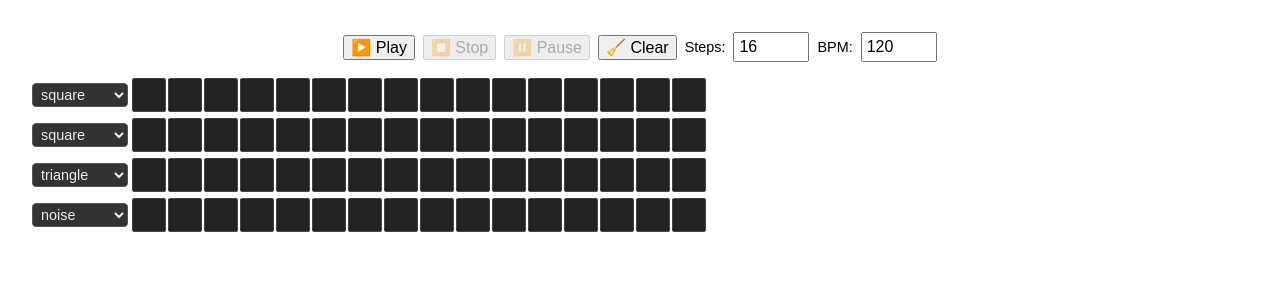
Repository: Aldentec/8-bit-Composer
Page: index.html
An editor plug-in stored every save of this project. The page is shown before and after the next save, followed by the edit.
The browser window is 1280 px wide. The pictures show the whole page.
Some web libraries are served in a nearby version.

Above is the page before, as saved 2025-05-28 09:11:45.

### index.html
<!DOCTYPE html>
<html lang="en">
<head>
  <meta charset="UTF-8">
  <title>Modular 8-Bit Sequencer</title>
  <link rel="stylesheet" href="style.css">
</head>
<body>
    <div id="controls">
        <button id="play">▶️ Play</button>
        <button id="stop">⏹️ Stop</button>
        <button id="pause">⏸️ Pause</button>
        <button id="clear">🧹 Clear</button>

        <label for="steps-input">Steps:</label>
        <input id="steps-input" type="number" min="1" value="16" style="width:4rem;">

        <label for="bpm-input">BPM:</label>
        <input id="bpm-input" type="number" min="1" max="300" value="120" style="width:4rem;">
    </div>


  <div id="grid"></div>

  <!-- Tone.js as global, then our modules -->
  <script src="node_modules/tone/build/Tone.js"></script>
  <script type="module" src="js/main.js"></script>
</body>
</html>

### style.css
body {
  font-family: sans-serif;
  margin: 2rem;
  text-align: center;
}

/* style.css */

/* 1) Don’t center each row in the container — align them to the start */
#grid {
  display: flex;
  flex-direction: column;
  gap: 6px;
  margin-top: 1rem;
  overflow-x: auto;
  padding-bottom: 0.5rem;

  /* remove any centering you had here */
  align-items: flex-start;    /* <-- was 'center', now 'flex-start' */
}

/* 2) Each row: dropdown + cells in one grid,
      with a small column gap only between columns */
.grid-row {
  display: grid;
  align-items: center;
  /* first column auto-width (dropdown), then STEPS × 2rem */
  /* grid-template-columns is still set inline in initGrid() */
  column-gap: 4px;            /* <-- only 4px between dropdown/cells */
  /* remove any generic 'gap' here if you still have it */
}

/* 3) Style for the dropdown stays the same, e.g.: */
.instrument-select {
  width: 6rem;
  padding: 2px 4px;
  font-size: 0.9rem;
  border: 1px solid #555;
  border-radius: 4px;
  background: #333;
  color: #eee;
}

/* 4) Cells also same */
.cell {
  width: 2rem;
  height: 2rem;
  background: #222;
  border: 1px solid #444;
  border-radius: 2px;
  cursor: pointer;
  transition: background 0.2s;
}
.cell.active { background: #4caf50; }
.cell:hover  { background: #555; }

/* controls row */
#controls {
  display: flex;
  gap: 0.5rem;
  align-items: center;
  justify-content: center;
  margin-bottom: 1rem;
}
#controls button,
#controls input,
#controls select {
  font-size: 1rem;
}
#controls label {
  user-select: none;
  font-size: 0.9rem;
}
#controls input[type="number"] {
  padding: 0.25rem;
  font-size: 1rem;
}

### js/main.js
import { initGrid, clearGrid }            from './grid.js';
import { createVoices }                   from './voices.js';
import { initSequencer }                  from './sequencer.js';

document.addEventListener('DOMContentLoaded', () => {
  const instrumentNames = ['square','square','triangle','noise'];

  // Control elements
  const playBtn   = document.getElementById('play');
  const pauseBtn  = document.getElementById('pause');
  const stopBtn   = document.getElementById('stop');
  const clearBtn  = document.getElementById('clear');
  const stepsIn   = document.getElementById('steps-input');
  const bpmIn   = document.getElementById('bpm-input');

  let voices;  // will hold our trigger fns

  function build(steps, bpm) {
    initGrid('grid', instrumentNames, steps);

    voices = createVoices();

    Tone.Transport.stop();
    Tone.Transport.cancel();
    Tone.Transport.position = 0;
    Tone.Transport.bpm.value = bpm;

    initSequencer(voices,  /* note: sequencer no longer needs to set bpm */);

    playBtn.disabled = false;
    pauseBtn.disabled = true;
    stopBtn.disabled  = true;
  }

  // Initial build at default steps
  build(Number(stepsIn.value), Number(bpmIn.value));

  // ▶️ Play: always start from beginning
  playBtn.addEventListener('click', async () => {
    await Tone.start();
    Tone.Transport.stop();
    Tone.Transport.position = 0;
    Tone.Transport.start();

    playBtn.disabled  = true;
    pauseBtn.disabled = false;
    stopBtn.disabled  = false;
  });

  // ⏸️ Pause: freeze at current position
  pauseBtn.addEventListener('click', () => {
    Tone.Transport.pause();

    playBtn.disabled  = false; // allow resume from start
    pauseBtn.disabled = true;
    stopBtn.disabled  = false;
  });

  // ⏹️ Stop: stop & reset to 0
  stopBtn.addEventListener('click', () => {
    Tone.Transport.stop();
    Tone.Transport.position = 0;

    playBtn.disabled  = false;
    pauseBtn.disabled = true;
    stopBtn.disabled  = true;
  });

  // 🧹 Clear: reset grid and playhead
  clearBtn.addEventListener('click', () => {
    clearGrid();
    Tone.Transport.stop();
    Tone.Transport.position = 0;

    playBtn.disabled  = false;
    pauseBtn.disabled = true;
    stopBtn.disabled  = true;
  });

  // steps change -> rebuild
  stepsIn.addEventListener('change', () => {
    build(Math.max(1, Number(stepsIn.value)), Number(bpmIn.value));
  });

  // **bpm change** -> update Transport immediately (no rebuild needed)
  bpmIn.addEventListener('change', () => {
    const newBpm = Math.max(1, Math.min(300, Number(bpmIn.value)));
    Tone.Transport.bpm.value = newBpm;
  });
});

### js/grid.js
// js/grid.js

// Sequencer dimensions and state (set in initGrid)
export let STEPS    = 16;
export let CHANNELS = 0;
export let gridState = [];

/**
 * Renders a scrollable sequencer grid with a dropdown per row.
 *
 * @param {string} containerId       id of the <div> to fill
 * @param {string[]} instrumentTypes initial instrument type per row
 * @param {number} steps             number of columns
 */
export function initGrid(containerId, instrumentTypes = [], steps = 16) {
  CHANNELS = instrumentTypes.length;
  STEPS    = steps;

  // rebuild the on/off state
  gridState = Array.from(
    { length: CHANNELS },
    () => Array(STEPS).fill(false)
  );

  const container = document.getElementById(containerId);
  container.innerHTML = '';

  instrumentTypes.forEach((initialType, row) => {
    const rowEl = document.createElement('div');
    rowEl.className = 'grid-row';
    // configure columns: dropdown + STEPS cells
    rowEl.style.gridTemplateColumns = `auto repeat(${STEPS}, 2rem)`;

    // 1) Dropdown to select instrument
    const select = document.createElement('select');
    select.className = 'instrument-select';
    ['square','triangle','noise','drum-kick','drum-snare'].forEach(type => {
      const opt = document.createElement('option');
      opt.value = type;
      opt.textContent = type;
      if (type === initialType) opt.selected = true;
      select.append(opt);
    });
    select.addEventListener('change', e => {
      document.dispatchEvent(new CustomEvent('instrumentChanged', {
        detail: { row, type: e.target.value }
      }));
    });
    rowEl.append(select);

    // 2) Sequencer step-cells
    for (let step = 0; step < STEPS; step++) {
      const cell = document.createElement('div');
      cell.className = 'cell';
      cell.dataset.row  = row;
      cell.dataset.step = step;
      cell.addEventListener('click', () => {
        gridState[row][step] = !gridState[row][step];
        cell.classList.toggle('active', gridState[row][step]);
      });
      rowEl.append(cell);
    }

    container.append(rowEl);
  });
}

/**
 * Clears all active steps in both state and UI.
 */
export function clearGrid() {
  gridState.forEach(rowArr => rowArr.fill(false));
  document.querySelectorAll('.cell.active')
          .forEach(cell => cell.classList.remove('active'));
}

### js/voices.js
// js/voices.js

/**
 * Returns an array of trigger-functions, one per row.
 * Each trigger creates its own Synth so there are no “start time” conflicts.
 */
export function createVoices() {
  // common envelope settings
  const envSettings = { attack: 0.01, decay: 0.1, sustain: 0.5, release: 0.1 };

  return [
    // Square @ 440 Hz
    time => {
      const synth = new Tone.Synth({
        oscillator: { type: 'square' },
        envelope: envSettings
      }).toDestination();
      synth.triggerAttackRelease(440, '16n', time);
    },

    // Square @ 330 Hz
    time => {
      const synth = new Tone.Synth({
        oscillator: { type: 'square' },
        envelope: envSettings
      }).toDestination();
      synth.triggerAttackRelease(330, '16n', time);
    },

    // Triangle @ 220 Hz
    time => {
      const synth = new Tone.Synth({
        oscillator: { type: 'triangle' },
        envelope: envSettings
      }).toDestination();
      synth.triggerAttackRelease(220, '16n', time);
    },

    // White noise
    time => {
      const noise = new Tone.NoiseSynth({
        noise:    { type: 'white' },
        envelope: { attack: 0.001, decay: 0.2, sustain: 0 }
      }).toDestination();
      noise.triggerAttackRelease('16n', time);
    },

    // Drum kick (MembraneSynth)
    time => {
      const kick = new Tone.MembraneSynth({
        pitchDecay: 0.05,
        octaves: 10,
        envelope: { attack:0.001, decay:0.4, sustain:0, release:1 }
      }).toDestination();
      kick.triggerAttackRelease('C2', '8n', time);
    },

    // Drum snare (NoiseSynth)
    time => {
      const snare = new Tone.NoiseSynth({
        noise:    { type: 'pink' },
        envelope: { attack:0.001, decay:0.2, sustain:0 }
      }).toDestination();
      snare.triggerAttackRelease('16n', time);
    }
  ];
}

### js/sequencer.js
// js/sequencer.js
import { STEPS, gridState } from './grid.js';

let repeatId = null;

export function initSequencer(voices, bpm = 120) {
  // 1) set tempo
  Tone.Transport.bpm.value = bpm;

  // 2) clear any existing scheduled callback
  if (repeatId !== null) {
    Tone.Transport.clear(repeatId);
    repeatId = null;
  }

  // 3) schedule a single repeat on 16th notes
  repeatId = Tone.Transport.scheduleRepeat((time) => {
    // compute current step based on ticks
    const step = (
      Math.floor(Tone.Transport.ticks / (Tone.Transport.PPQ / 4))
    ) % STEPS;

    voices.forEach((trigger, row) => {
      if (gridState[row][step]) {
        trigger(time);
      }
    });
  }, '16n');
}

export function bindPlayButton(buttonId) {
  const btn = document.getElementById(buttonId);
  btn.textContent = '▶️ Play';
  btn.addEventListener('click', async () => {
    await Tone.start();
    if (Tone.Transport.state === 'started') {
      Tone.Transport.stop();
      btn.textContent = '▶️ Play';
    } else {
      Tone.Transport.start();
      btn.textContent = '⏸️ Pause';
    }
  });
}

After the next save:
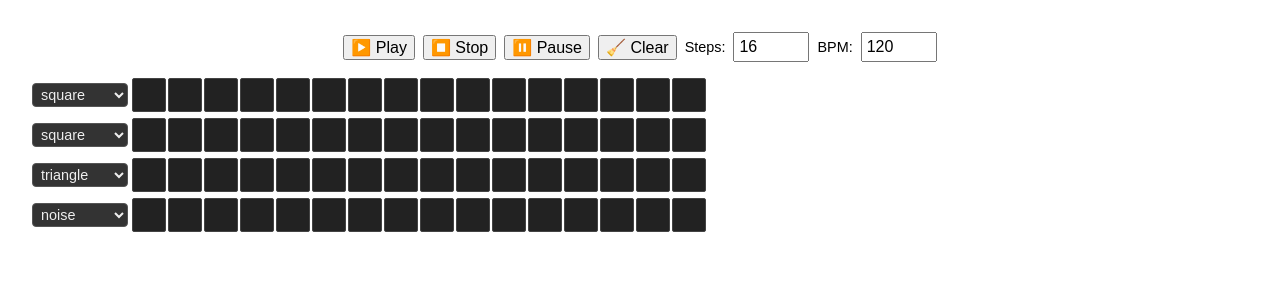
Console error: TypeError: Cannot read properties of undefined (reading 'map')
Saved 78 s later.
--- a/js/voices.js
+++ b/js/voices.js
@@ -1,67 +1,61 @@
 // js/voices.js
 
 /**
- * Returns an array of trigger-functions, one per row.
- * Each trigger creates its own Synth so there are no “start time” conflicts.
+ * Given an array of instrument type strings, return one trigger(fn) per row.
  */
-export function createVoices() {
-  // common envelope settings
-  const envSettings = { attack: 0.01, decay: 0.1, sustain: 0.5, release: 0.1 };
+export function createVoices(instrumentTypes) {
+  const env = { attack:0.01, decay:0.1, sustain:0.5, release:0.1 };
 
-  return [
-    // Square @ 440 Hz
-    time => {
-      const synth = new Tone.Synth({
-        oscillator: { type: 'square' },
-        envelope: envSettings
-      }).toDestination();
-      synth.triggerAttackRelease(440, '16n', time);
-    },
+  return instrumentTypes.map(type => {
+    switch(type) {
+      case 'square':
+        return time => {
+          const s = new Tone.Synth({
+            oscillator:{ type:'square' },
+            envelope:  env
+          }).toDestination();
+          s.triggerAttackRelease(440, '16n', time);
+        };
 
-    // Square @ 330 Hz
-    time => {
-      const synth = new Tone.Synth({
-        oscillator: { type: 'square' },
-        envelope: envSettings
-      }).toDestination();
-      synth.triggerAttackRelease(330, '16n', time);
-    },
+      case 'triangle':
+        return time => {
+          const s = new Tone.Synth({
+            oscillator:{ type:'triangle' },
+            envelope:  env
+          }).toDestination();
+          s.triggerAttackRelease(220, '16n', time);
+        };
 
-    // Triangle @ 220 Hz
-    time => {
-      const synth = new Tone.Synth({
-        oscillator: { type: 'triangle' },
-        envelope: envSettings
-      }).toDestination();
-      synth.triggerAttackRelease(220, '16n', time);
-    },
+      case 'noise':
+        return time => {
+          const n = new Tone.NoiseSynth({
+            noise:    { type:'white' },
+            envelope: { attack:0.001, decay:0.2, sustain:0 }
+          }).toDestination();
+          n.triggerAttackRelease('16n', time);
+        };
 
-    // White noise
-    time => {
-      const noise = new Tone.NoiseSynth({
-        noise:    { type: 'white' },
-        envelope: { attack: 0.001, decay: 0.2, sustain: 0 }
-      }).toDestination();
-      noise.triggerAttackRelease('16n', time);
-    },
+      case 'drum-kick':
+        return time => {
+          const k = new Tone.MembraneSynth({
+            pitchDecay:0.05, octaves:10,
+            envelope:  { attack:0.001, decay:0.4, sustain:0, release:1 }
+          }).toDestination();
+          k.triggerAttackRelease('C2','8n', time);
+        };
 
-    // Drum kick (MembraneSynth)
-    time => {
-      const kick = new Tone.MembraneSynth({
-        pitchDecay: 0.05,
-        octaves: 10,
-        envelope: { attack:0.001, decay:0.4, sustain:0, release:1 }
-      }).toDestination();
-      kick.triggerAttackRelease('C2', '8n', time);
-    },
+      case 'drum-snare':
+        return time => {
+          const sn = new Tone.NoiseSynth({
+            noise:    { type:'pink' },
+            envelope: { attack:0.001, decay:0.2, sustain:0 }
+          }).toDestination();
+          sn.triggerAttackRelease('16n', time);
+        };
 
-    // Drum snare (NoiseSynth)
-    time => {
-      const snare = new Tone.NoiseSynth({
-        noise:    { type: 'pink' },
-        envelope: { attack:0.001, decay:0.2, sustain:0 }
-      }).toDestination();
-      snare.triggerAttackRelease('16n', time);
+      default:
+        // fallback silent trigger
+        return () => {};
     }
-  ];
+  });
 }

After the save that followed:
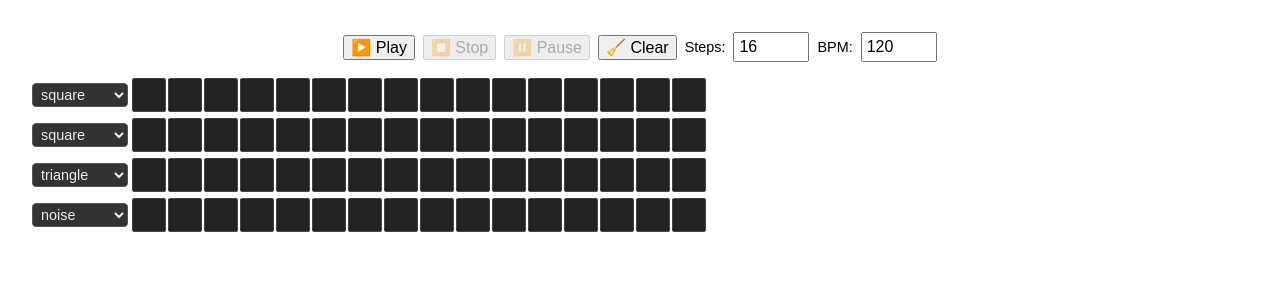
The error is gone.
Saved 65 s later.
--- a/js/main.js
+++ b/js/main.js
@@ -1,90 +1,101 @@
-import { initGrid, clearGrid }            from './grid.js';
-import { createVoices }                   from './voices.js';
-import { initSequencer }                  from './sequencer.js';
+// js/main.js
+
+import { initGrid, clearGrid }        from './grid.js';
+import { createVoices }               from './voices.js';
+import { initSequencer }              from './sequencer.js';
 
 document.addEventListener('DOMContentLoaded', () => {
-  const instrumentNames = ['square','square','triangle','noise'];
+  // 1) Your starting rows
+  let instrumentNames = ['square','square','triangle','noise'];
 
-  // Control elements
-  const playBtn   = document.getElementById('play');
-  const pauseBtn  = document.getElementById('pause');
-  const stopBtn   = document.getElementById('stop');
-  const clearBtn  = document.getElementById('clear');
-  const stepsIn   = document.getElementById('steps-input');
-  const bpmIn   = document.getElementById('bpm-input');
+  // 2) Controls
+  const playBtn  = document.getElementById('play');
+  const pauseBtn = document.getElementById('pause');
+  const stopBtn  = document.getElementById('stop');
+  const clearBtn = document.getElementById('clear');
+  const stepsIn  = document.getElementById('steps-input');
+  const bpmIn    = document.getElementById('bpm-input');
 
-  let voices;  // will hold our trigger fns
+  let voices = [];  // will hold our scheduled trigger functions
 
+  // 3) Build or rebuild the grid + sequencer
   function build(steps, bpm) {
+    // a) draw the grid (with dropdowns!)
     initGrid('grid', instrumentNames, steps);
 
-    voices = createVoices();
+    // b) create one voice per row
+    voices = createVoices(instrumentNames);
 
+    // c) reset the transport
     Tone.Transport.stop();
     Tone.Transport.cancel();
     Tone.Transport.position = 0;
     Tone.Transport.bpm.value = bpm;
 
-    initSequencer(voices,  /* note: sequencer no longer needs to set bpm */);
+    // d) schedule your sequencer once
+    initSequencer(voices);
 
-    playBtn.disabled = false;
+    // e) reset button states
+    playBtn.disabled  = false;
     pauseBtn.disabled = true;
     stopBtn.disabled  = true;
   }
 
-  // Initial build at default steps
+  // Initial build (16 steps @ 120 BPM)
   build(Number(stepsIn.value), Number(bpmIn.value));
 
-  // ▶️ Play: always start from beginning
+  // 4) Play, Pause, Stop, Clear handlers
   playBtn.addEventListener('click', async () => {
     await Tone.start();
     Tone.Transport.stop();
     Tone.Transport.position = 0;
     Tone.Transport.start();
-
     playBtn.disabled  = true;
     pauseBtn.disabled = false;
     stopBtn.disabled  = false;
   });
 
-  // ⏸️ Pause: freeze at current position
   pauseBtn.addEventListener('click', () => {
     Tone.Transport.pause();
-
-    playBtn.disabled  = false; // allow resume from start
+    playBtn.disabled  = false;
     pauseBtn.disabled = true;
     stopBtn.disabled  = false;
   });
 
-  // ⏹️ Stop: stop & reset to 0
   stopBtn.addEventListener('click', () => {
     Tone.Transport.stop();
     Tone.Transport.position = 0;
-
     playBtn.disabled  = false;
     pauseBtn.disabled = true;
     stopBtn.disabled  = true;
   });
 
-  // 🧹 Clear: reset grid and playhead
   clearBtn.addEventListener('click', () => {
     clearGrid();
     Tone.Transport.stop();
     Tone.Transport.position = 0;
-
     playBtn.disabled  = false;
     pauseBtn.disabled = true;
     stopBtn.disabled  = true;
   });
 
-  // steps change -> rebuild
+  // 5) Rebuild on steps-change
   stepsIn.addEventListener('change', () => {
-    build(Math.max(1, Number(stepsIn.value)), Number(bpmIn.value));
+    const s = Math.max(1, Number(stepsIn.value) || 1);
+    build(s, Number(bpmIn.value));
   });
 
-  // **bpm change** -> update Transport immediately (no rebuild needed)
+  // 6) Live BPM adjustment
   bpmIn.addEventListener('change', () => {
-    const newBpm = Math.max(1, Math.min(300, Number(bpmIn.value)));
-    Tone.Transport.bpm.value = newBpm;
+    const b = Math.max(1, Math.min(300, Number(bpmIn.value) || 120));
+    Tone.Transport.bpm.value = b;
+  });
+
+  // 7) Update instrument on dropdown change
+  document.addEventListener('instrumentChanged', ({ detail: { row, type } }) => {
+    // update the name
+    instrumentNames[row] = type;
+    // rebuild voices so the new type takes effect
+    voices = createVoices(instrumentNames);
   });
 });
